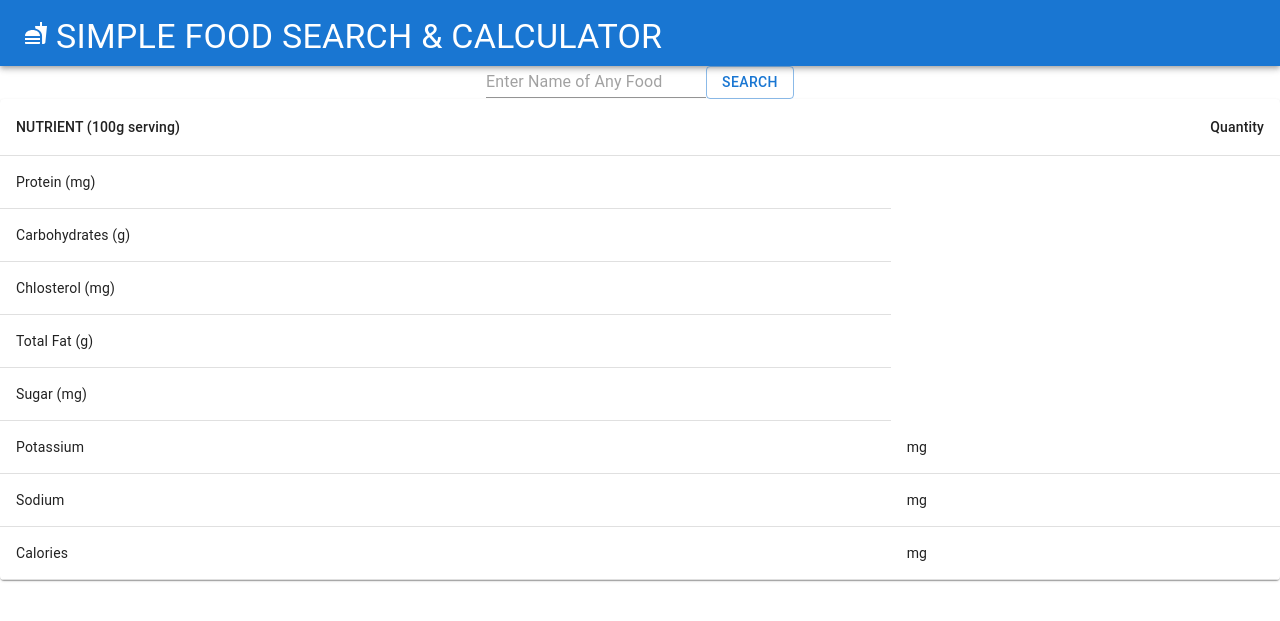
Repository: Mikerr21/Diet-Nutrition-API
Page: /
An editor plug-in stored every save of this project. The page is shown before and after the next save, followed by the edit.
The browser window is 1280 px wide. The pictures show the whole page.
The project was rebuilt for these pictures with package versions that can differ from the ones it lists, and the page was loaded fresh each time.

Above is the page before, as saved 2022-09-21 15:45:17.

### src/App.js
import React from "react";
import { useState } from "react";
import axios from "axios";
import AppBar from "@mui/material/AppBar";
import Box from "@mui/material/Box";
import Toolbar from "@mui/material/Toolbar";
import Typography from "@mui/material/Typography";
import IconButton from "@mui/material/IconButton";
import FastfoodIcon from "@mui/icons-material/Fastfood";
import { CssBaseline } from "@mui/material";
import { FastForward } from "@mui/icons-material";
import TextField from "@mui/material/TextField";
import Grid from "@mui/material/Grid";
import Button from "@mui/material/Button";
import { Input } from '@mui/material';
import Table from '@mui/material/Table';
import TableBody from '@mui/material/TableBody';
import TableCell from '@mui/material/TableCell';
import TableContainer from '@mui/material/TableContainer';
import TableHead from '@mui/material/TableHead';
import TableRow from '@mui/material/TableRow';
import Paper from '@mui/material/Paper';




/**
	 *
	 *
	 * Fetch nutrient information of a given food
	 */


function App() {
  const [name, setName] = useState('');
	const [res, setRes] = useState(null);
  const fetchNutrients = async e => {
    e.preventDefault();
    try {
      const res = await axios.get(`/api/nutrient`, {
        params: {
          name
        }
      });
      setRes(res.data.items[0]);
    } catch (err) {
      console.log(err);
    }
  };



  return (
    <div className="App">
      <CssBaseline />
      <AppBar position="static">
        <Toolbar variant="dense" color="black">
          <FastfoodIcon />
          <Box m={1} pt={1}>
            <Typography
              variant="h4"
              color="white"
              align="center"
              component="div"
            >
              SIMPLE FOOD SEARCH & CALCULATOR
            </Typography>
          </Box>
        </Toolbar>
      </AppBar>
      <Box
        display="flex"
        justifyContent="center"
        alignItems="center"
        minHeight="3vh"
      >

        <Input placeholder="Enter Name of Any Food" onChange={e => setName(e.target.value)}></Input>
        <Button
          onClick={fetchNutrients}
          sx={{
            height: 33,
          }}
          variant="outlined"
        >
          Search
        </Button>
      </Box>

    <Box
        display="flex"
        justifyContent="center"
        alignItems="center"
        minHeight="10vh"

      >
        <TableContainer component={Paper}>
      <Table sx={{ minWidth: 650 }} aria-label="simple table">
        <TableHead>
          <TableRow>
            <TableCell>NUTRIENT (100g serving)</TableCell>
            <TableCell align="right">Quantity</TableCell>
          </TableRow>
        </TableHead>
        <TableBody>
        <TableRow>
									<TableCell>
										Protein (mg)
									</TableCell>
								</TableRow>
                <TableRow>
									<TableCell>
										Carbohydrates (g)
									</TableCell>
								</TableRow>
                <TableRow>
									<TableCell>
										Chlosterol (mg)
									</TableCell>
								</TableRow>
                <TableRow>
									<TableCell>
										Total Fat (g)
									</TableCell>
								</TableRow>
                <TableRow>
									<TableCell>
										Sugar (mg)
									</TableCell>
								</TableRow>
                <TableRow>
									<TableCell>
										Potassium
									</TableCell>
									<TableCell>
										 mg
									</TableCell>
								</TableRow>
                <TableRow>
									<TableCell>
										Sodium
									</TableCell>
									<TableCell>
										 mg
									</TableCell>
								</TableRow>
        <TableRow>
									<TableCell>
										Calories
									</TableCell>
									<TableCell>
										 mg
									</TableCell>
								</TableRow>
        </TableBody>
      </Table>
    </TableContainer>
      </Box>
    </div>
  );
}

export default App;

Loaded but not shown: public/index.html (common file); src/index.js (common file)

After the next save:
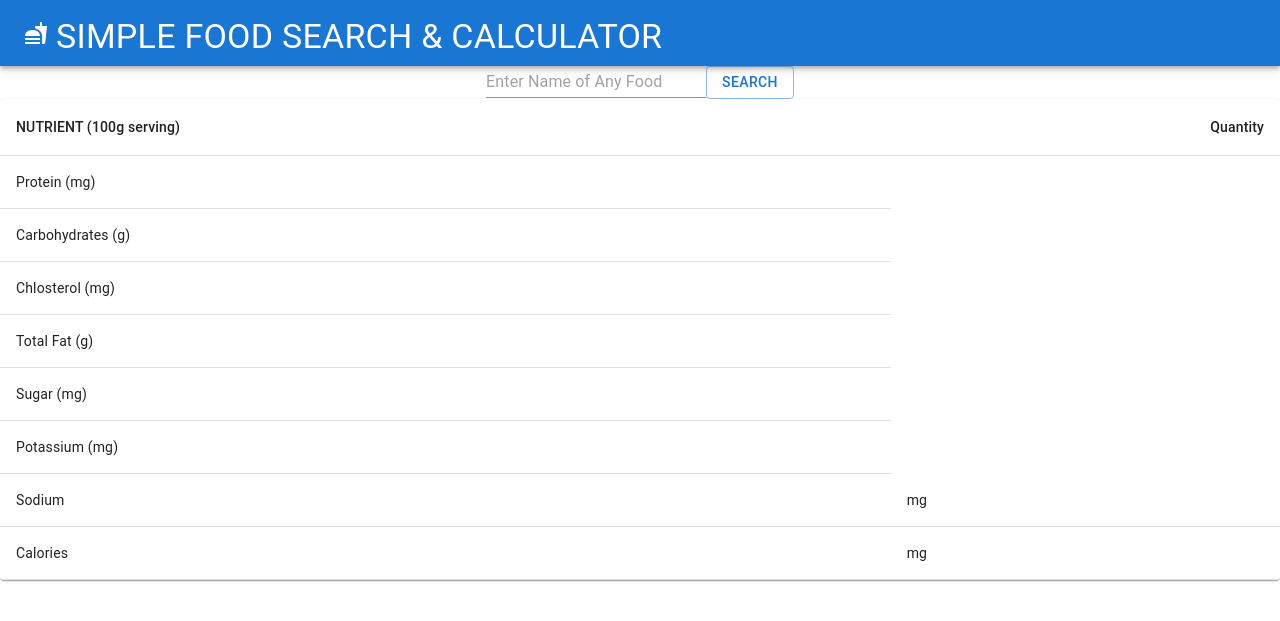
Saved 6 s later.
--- a/src/App.js
+++ b/src/App.js
@@ -130,10 +130,7 @@ function App() {
 								</TableRow>
                 <TableRow>
 									<TableCell>
-										Potassium
-									</TableCell>
-									<TableCell>
-										 mg
+										Potassium (mg)
 									</TableCell>
 								</TableRow>
                 <TableRow>
